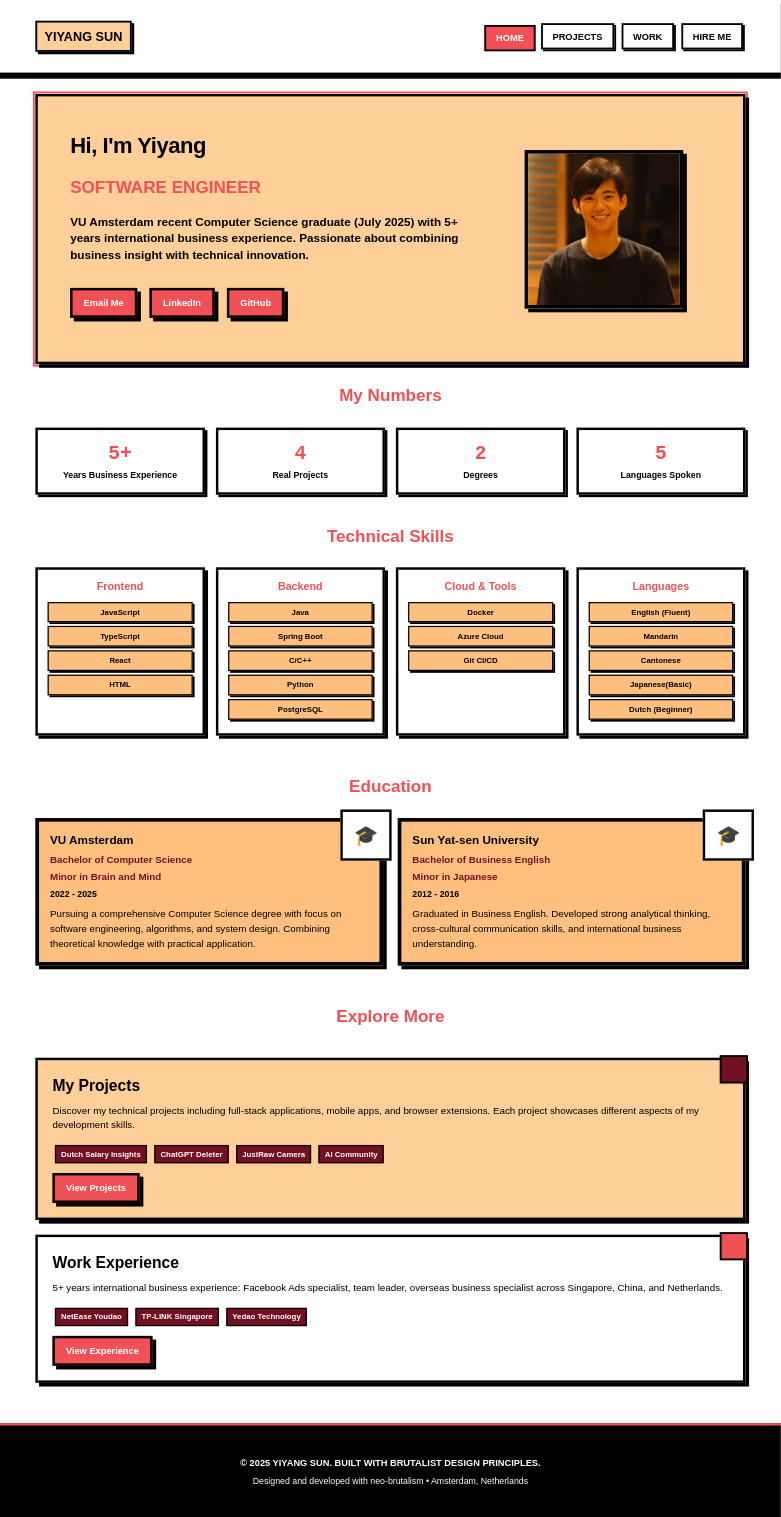
Repository: miloyiyangsun/yiyangsun.github.io
Page: .superdesign/design_iterations/yiyang_home_v2.html
These files come from the project's save history. The page is drawn as it stood at one moment and after the next save; the edit follows.
The browser window is 1280 px wide. The pictures show the whole page, at 61% of full size.

Above is the page before, as saved 2025-09-03 18:33:10.

### .superdesign/design_iterations/yiyang_home_v2.html
<!DOCTYPE html>
<html lang="en">
  <head>
    <meta charset="UTF-8" />
    <meta name="viewport" content="width=device-width, initial-scale=1.0" />
    <title>
      Yiyang Sun - Computer Science Student [Neo-Brutalist Portfolio]
    </title>
    <meta
      name="description"
      content="Yiyang Sun - VU Amsterdam Computer Science student with 5+ years business experience. Neo-brutalist portfolio design."
    />

    <!-- Neo-Brutalist Theme -->
    <link rel="stylesheet" href="brutalist_theme_v2.css" />

    <style>
      /* Page-specific brutal styles */
      body {
        padding-top: 120px;
        background: #ffffff;
      }

      .main-container {
        max-width: 1200px;
        margin: 0 auto;
        padding: 18px;
      }

      /* Navigation Layout - Right Align */
      .brutalist-nav .main-container {
        display: flex;
        justify-content: space-between;
        align-items: center;
      }

      .nav-links {
        display: flex;
        gap: 4px;
      }

      /* Navigation Brand - Brutalist */
      .nav-brand {
        background: #ffcf99;
        border: 3px solid #000000;
        padding: 8px 12px;
        box-shadow: 4px 4px 0 #000000;
        font-weight: 900;
      }

      /* Hero Layout - Left Right */
      .hero-layout {
        display: grid;
        grid-template-columns: 1fr 350px;
        gap: 48px;
        align-items: center;
        max-width: 1050px;
        margin: 0 auto;
      }

      .hero-content {
        text-align: left;
      }

      .hero-avatar {
        display: flex;
        justify-content: center;
        align-items: center;
      }

      /* Hero Avatar - Brutalist */
      .brutalist-avatar-container {
        display: inline-block;
        position: relative;
      }

      .brutalist-avatar {
        width: 260px;
        height: 260px;
        border: 6px solid #000000;
        box-shadow: 6px 6px 0 #000000;
        display: block;
        border-radius: 0;
        object-fit: cover;
      }

      /* Stats specific styling */
      .stats-section {
        margin: 32px 0;
      }

      /* Skills brutal grid */
      .skills-brutal-grid {
        display: grid;
        grid-template-columns: repeat(4, 1fr);
        gap: 18px;
        margin: 24px 0;
      }

      .skill-category {
        background: #ffffff;
        border: 4px solid #000000;
        padding: 16px;
        box-shadow: 5px 5px 0 #000000;
      }

      .skill-category h3 {
        color: #f15156;
        font-size: 1.1rem;
        margin-bottom: 12px;
        text-align: center;
      }

      .skill-item {
        background: #ffc07f;
        border: 2px solid #000000;
        padding: 6px 10px;
        margin: 6px 0;
        font-weight: 700;
        font-size: 0.8rem;
        text-align: center;
        box-shadow: 3px 3px 0 #000000;
      }

      .skill-item:hover {
        background: #f15156;
        color: #ffffff;
        transform: translate(-1px, -1px);
        box-shadow: 4px 4px 0 #000000;
      }

      /* Preview cards brutal */
      .preview-section {
        margin: 48px 0;
      }

      .preview-card {
        background: #ffffff;
        border: 4px solid #000000;
        padding: 24px;
        margin: 24px 0;
        box-shadow: 6px 6px 0 #000000;
        position: relative;
      }

      .preview-card::before {
        content: "";
        position: absolute;
        top: -8px;
        right: -8px;
        width: 40px;
        height: 40px;
        background: #f15156;
        border: 3px solid #000000;
      }

      .preview-card:nth-child(even) {
        background: #ffcf99;
      }

      .preview-card:nth-child(even)::before {
        background: #721121;
      }

      .preview-title {
        font-size: 1.6rem;
        font-weight: 900;
        color: #000000;
        margin-bottom: 12px;
      }

      .preview-description {
        font-size: 1rem;
        line-height: 1.4;
        margin-bottom: 18px;
      }

      .preview-tags {
        margin: 12px 0;
      }

      .preview-tag {
        display: inline-block;
        background: #721121;
        color: #ffffff;
        padding: 4px 8px;
        margin: 4px;
        border: 2px solid #000000;
        font-weight: 700;
        font-size: 0.8rem;
      }

      /* Education Section - Brutal */
      .education-grid {
        display: grid;
        grid-template-columns: repeat(auto-fit, minmax(400px, 1fr));
        gap: 24px;
        margin: 32px 0;
      }

      .education-card {
        background: #ffc07f;
        border: 6px solid #000000;
        padding: 18px;
        box-shadow: 6px 6px 0 #000000;
        position: relative;
      }

      .education-card::before {
        content: "🎓";
        position: absolute;
        top: -20px;
        right: -20px;
        font-size: 2rem;
        background: #ffffff;
        border: 4px solid #000000;
        padding: 8px;
        width: 60px;
        height: 60px;
        display: flex;
        align-items: center;
        justify-content: center;
      }

      .edu-institution {
        font-size: 1.2rem;
        font-weight: 900;
        color: #000000;
        margin-bottom: 6px;
      }

      .edu-degree {
        font-size: 1rem;
        font-weight: 700;
        color: #721121;
        margin-bottom: 6px;
      }

      .edu-period {
        font-size: 0.9rem;
        font-weight: 600;
        color: #000000;
        margin-bottom: 12px;
      }

      .edu-description {
        font-size: 1rem;
        line-height: 1.5;
        font-weight: 500;
      }

      /* Mobile brutal responsive */
      @media (max-width: 768px) {
        .hero-layout {
          grid-template-columns: 1fr;
          gap: 24px;
          text-align: center;
        }

        .hero-content {
          text-align: center;
          order: 2;
        }

        .hero-avatar {
          order: 1;
        }

        .brutalist-avatar {
          width: 225px;
          height: 225px;
        }

        .education-grid {
          grid-template-columns: 1fr;
        }
        .skills-brutal-grid {
          grid-template-columns: repeat(2, 1fr);
          gap: 12px;
        }

        .preview-card {
          padding: 16px;
          margin: 16px 0;
        }

        .nav-brand {
          font-size: 1.1rem !important;
          padding: 6px 10px;
        }

        .nav-links {
          gap: 2px;
        }
      }
    </style>
  </head>

  <body>
    <!-- Brutalist Navigation -->
    <nav class="brutalist-nav">
      <div class="main-container">
        <strong class="nav-brand" style="font-size: 1.3rem">YIYANG SUN</strong>
        <div class="nav-links">
          <a href="yiyang_home_v2.html" class="brutalist-nav-item active"
            >HOME</a
          >
          <a href="yiyang_projects_v2.html" class="brutalist-nav-item"
            >PROJECTS</a
          >
          <a href="yiyang_work_v2.html" class="brutalist-nav-item">WORK</a>
          <a href="yiyang_hireme_v2.html" class="brutalist-nav-item">HIRE ME</a>
        </div>
      </div>
    </nav>

    <!-- Main Content -->
    <main class="main-container">
      <!-- Hero Section - Brutalist -->
      <section class="brutalist-hero">
        <div class="hero-layout">
          <div class="hero-content">
            <h1 class="title-huge" style="margin: 24px 0">Hi, I'm Yiyang</h1>
            <h2
              class="title-large"
              style="margin: 16px 0; text-transform: uppercase"
            >
              software engineer
            </h2>

            <p
              style="
                font-size: 1.2rem;
                margin: 24px 0;
                font-weight: 700;
                line-height: 1.4;
              "
            >
              VU Amsterdam recent Computer Science graduate (July 2025) with 5+
              years international business experience. Passionate about
              combining business insight with technical innovation.
            </p>

            <div style="margin: 32px 0">
              <a
                href="mailto:miloyysun@outlook.com"
                class="brutalist-button"
                style="margin: 8px 8px 8px 0"
                >Email Me</a
              >
              <a
                href="https://linkedin.com/in/yiyangsunmilo"
                class="brutalist-button"
                style="margin: 8px"
                >LinkedIn</a
              >
              <a
                href="https://github.com/miloyiyangsun"
                class="brutalist-button"
                style="margin: 8px"
                >GitHub</a
              >
            </div>
          </div>

          <div class="hero-avatar">
            <div class="brutalist-avatar-container">
              <img
                src="../../assets/images/yiyang-photo.jpg"
                alt="Yiyang Sun"
                class="brutalist-avatar"
              />
            </div>
          </div>
        </div>
      </section>

      <!-- Stats Section - Brutalist -->
      <section class="stats-section">
        <h2 class="title-large brutalist-text-center" style="margin: 32px 0">
          My Numbers
        </h2>

        <div class="brutalist-stats">
          <div class="brutalist-stat">
            <span class="brutalist-stat-number">5+</span>
            <span class="brutalist-stat-label">Years Business Experience</span>
          </div>
          <div class="brutalist-stat">
            <span class="brutalist-stat-number">4</span>
            <span class="brutalist-stat-label">Real Projects</span>
          </div>
          <div class="brutalist-stat">
            <span class="brutalist-stat-number">2</span>
            <span class="brutalist-stat-label">Degrees</span>
          </div>
          <div class="brutalist-stat">
            <span class="brutalist-stat-number">5</span>
            <span class="brutalist-stat-label">Languages Spoken</span>
          </div>
        </div>
      </section>

      <!-- Skills Section - Brutalist -->
      <section>
        <h2
          class="title-large brutalist-text-center"
          style="margin: 48px 0 32px 0"
        >
          Technical Skills
        </h2>

        <div class="skills-brutal-grid">
          <div class="skill-category">
            <h3>Frontend</h3>
            <div class="skill-item">JavaScript</div>
            <div class="skill-item">TypeScript</div>
            <div class="skill-item">React</div>
            <div class="skill-item">HTML</div>
          </div>

          <div class="skill-category">
            <h3>Backend</h3>
            <div class="skill-item">Java</div>
            <div class="skill-item">Spring Boot</div>
            <div class="skill-item">C/C++</div>
            <div class="skill-item">Python</div>
            <div class="skill-item">PostgreSQL</div>
          </div>

          <div class="skill-category">
            <h3>Cloud & Tools</h3>
            <div class="skill-item">Docker</div>
            <div class="skill-item">Azure Cloud</div>
            <div class="skill-item">Git CI/CD</div>
          </div>

          <div class="skill-category">
            <h3>Languages</h3>
            <div class="skill-item">English (Fluent)</div>
            <div class="skill-item">Mandarin</div>
            <div class="skill-item">Cantonese</div>
            <div class="skill-item">Japanese(Basic)</div>
            <div class="skill-item">Dutch (Beginner)</div>
          </div>
        </div>
      </section>

      <!-- Education Section -->
      <section>
        <h2
          class="title-large brutalist-text-center"
          style="margin: 64px 0 32px 0"
        >
          Education
        </h2>

        <div class="education-grid">
          <div class="education-card">
            <div class="edu-institution">VU Amsterdam</div>
            <div class="edu-degree">Bachelor of Computer Science</div>
            <div class="edu-degree">Minor in Brain and Mind</div>

            <div class="edu-period">2022 - 2025</div>
            <div class="edu-description">
              Pursuing a comprehensive Computer Science degree with focus on
              software engineering, algorithms, and system design. Combining
              theoretical knowledge with practical application.
            </div>
          </div>

          <div class="education-card">
            <div class="edu-institution">Sun Yat-sen University</div>
            <div class="edu-degree">Bachelor of Business English</div>
            <div class="edu-degree">Minor in Japanese</div>

            <div class="edu-period">2012 - 2016</div>
            <div class="edu-description">
              Graduated in Business English. Developed strong analytical
              thinking, cross-cultural communication skills, and international
              business understanding.
            </div>
          </div>
        </div>
      </section>

      <!-- Preview Cards Section - Brutalist -->
      <section class="preview-section">
        <h2
          class="title-large brutalist-text-center"
          style="margin: 64px 0 48px 0"
        >
          Explore More
        </h2>

        <div class="preview-card">
          <div class="preview-title">My Projects</div>
          <div class="preview-description">
            Discover my technical projects including full-stack applications,
            mobile apps, and browser extensions. Each project showcases
            different aspects of my development skills.
          </div>
          <div class="preview-tags">
            <span class="preview-tag">Dutch Salary Insights</span>
            <span class="preview-tag">ChatGPT Deleter</span>
            <span class="preview-tag">JustRaw Camera</span>
            <span class="preview-tag">AI Community</span>
          </div>
          <a href="yiyang_projects_v2.html" class="brutalist-button"
            >View Projects</a
          >
        </div>

        <div class="preview-card">
          <div class="preview-title">Work Experience</div>
          <div class="preview-description">
            5+ years international business experience: Facebook Ads specialist,
            team leader, overseas business specialist across Singapore, China,
            and Netherlands.
          </div>
          <div class="preview-tags">
            <span class="preview-tag">NetEase Youdao</span>
            <span class="preview-tag">TP-LINK Singapore</span>
            <span class="preview-tag">Yedao Technology</span>
          </div>
          <a href="yiyang_work_v2.html" class="brutalist-button"
            >View Experience</a
          >
        </div>

        <!-- <div class="preview-card">
                <div class="preview-title">Personal Journey</div>
                <div class="preview-description">
                    From business professional to computer science student: Sun Yat-sen University (Business English)
                    to VU Amsterdam (Computer Science), volunteer work, and AI community building.
                </div>
                <div class="preview-tags">
                    <span class="preview-tag">VU Amsterdam CS</span>
                    <span class="preview-tag">Sun Yat-sen University</span>
                    <span class="preview-tag">Career Transition</span>
                </div>
            </div> -->
      </section>
    </main>

    <!-- Footer - Brutalist -->
    <footer
      style="
        background: #000000;
        color: #ffffff;
        padding: 32px;
        text-align: center;
        border-top: 4px solid #f15156;
      "
    >
      <div class="main-container">
        <p style="font-weight: 700; margin-bottom: 8px">
          &copy; 2025 YIYANG SUN. BUILT WITH BRUTALIST DESIGN PRINCIPLES.
        </p>
        <p style="font-size: 0.9rem">
          Designed and developed with neo-brutalism • Amsterdam, Netherlands
        </p>
      </div>
    </footer>

    <script>
      // Minimal JavaScript - True to brutalist philosophy
      console.log("🏗️ YIYANG SUN PORTFOLIO - NEO-BRUTALIST VERSION");
      console.log("Built with minimal JS, maximum impact!");

      // Simple click feedback for brutalist buttons
      document
        .querySelectorAll(".brutalist-button, .skill-item")
        .forEach((element) => {
          element.addEventListener("mousedown", function () {
            this.style.transform = "translate(3px, 3px)";
            this.style.boxShadow = "none";
          });

          element.addEventListener("mouseup", function () {
            this.style.transform = "";
            this.style.boxShadow = "";
          });
        });
    </script>
  </body>
</html>

Loaded but not shown: .superdesign/design_iterations/brutalist_theme_v2.css (336 lines, source omitted)

After the next save:
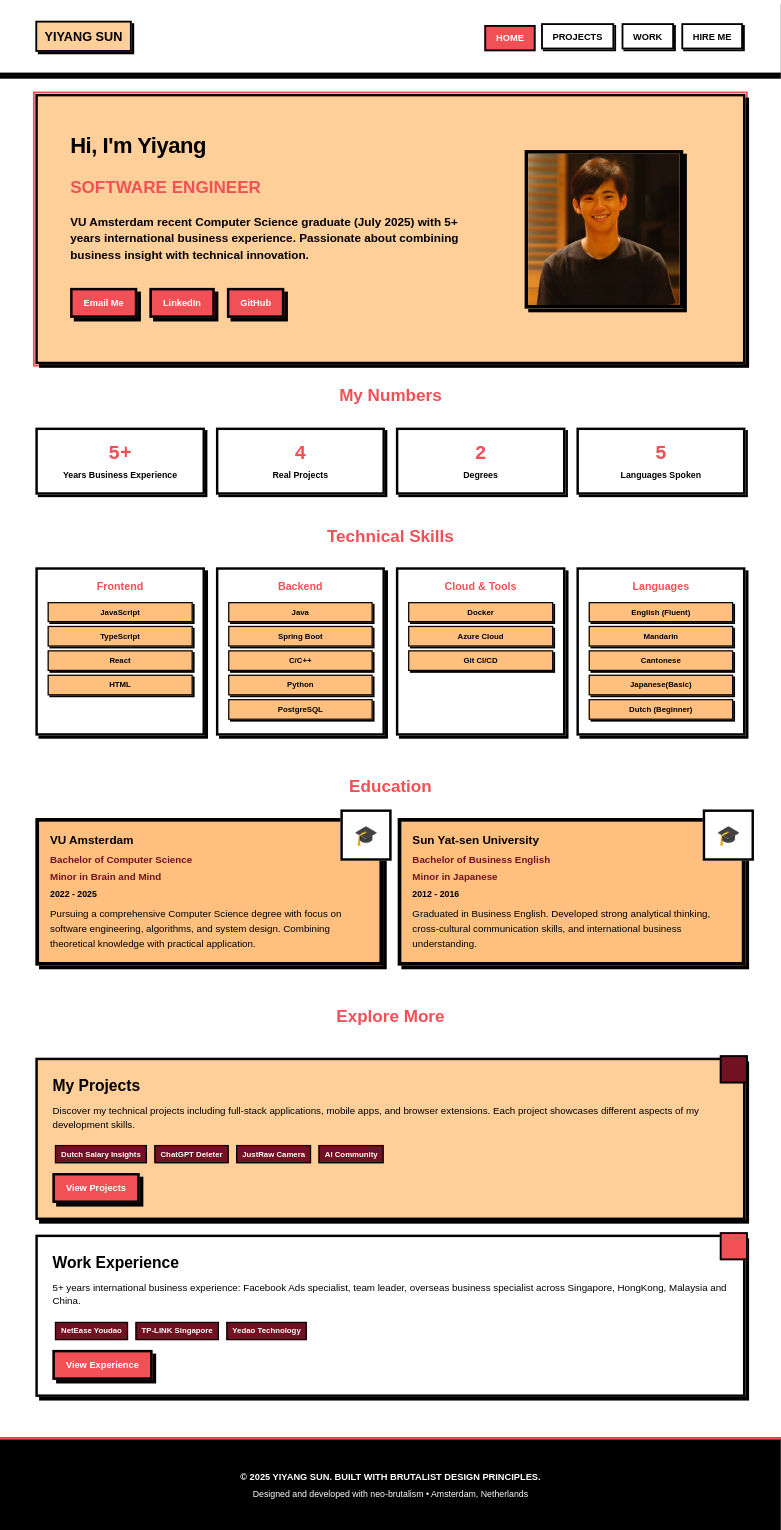
Saved 46 s later.
--- a/.superdesign/design_iterations/yiyang_home_v2.html
+++ b/.superdesign/design_iterations/yiyang_home_v2.html
@@ -515,8 +515,8 @@
           <div class="preview-title">Work Experience</div>
           <div class="preview-description">
             5+ years international business experience: Facebook Ads specialist,
-            team leader, overseas business specialist across Singapore, China,
-            and Netherlands.
+            team leader, overseas business specialist across Singapore,
+            HongKong, Malaysia and China.
           </div>
           <div class="preview-tags">
             <span class="preview-tag">NetEase Youdao</span>
